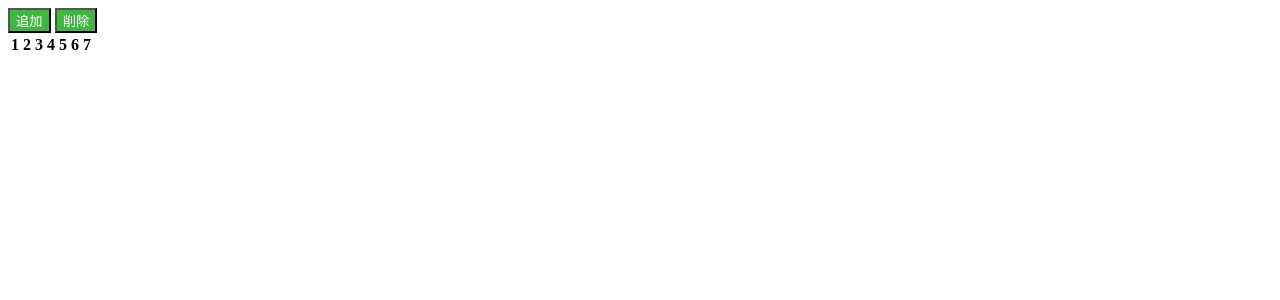
Repository: nathox/backup
Page: http://localhost/Favorite/j.jsp
An editor plug-in stored every save of this project. The page is shown before and after the next save, followed by the edit.
The browser window is 1280 px wide. The pictures show the whole page.
The page is served by Tomcat 9. Other server files are loaded and not shown.

Above is the page before, as saved 2018-02-06 02:17:41.

### Favorite/WebContent/j.jsp
<%@ page language="java" contentType="text/html; charset=UTF-8"
    pageEncoding="UTF-8"%>
<!DOCTYPE html PUBLIC "-//W3C//DTD HTML 4.01 Transitional//EN" "http://www.w3.org/TR/html4/loose.dtd">
<html>
<head>
<meta http-equiv="Content-Type" content="text/html; charset=UTF-8">
<title>Insert title here</title>
</head>
<body>


<style>
.btn{color: #ffffff; background-color: #40b740;}
</style>
<script src="http://ajax.googleapis.com/ajax/libs/jquery/1.12.4/jquery.min.js"></script>
<script>
$(function(){
  var cnt=0;
  $('#add').on('click',function(){
    $('#sample_table').append(
      $('<tr>').append(
        $('<td>').append($('<input>').attr({type:"checkbox",name:"checkbox"}).val(++cnt)).append(cnt),
        $('<td>').text('商品2'),
        $('<td>').text('商品3'),
        $('<td>').text('商品4'),
        $('<td>').text('商品5'),
        $('<td>').text('商品6'),
        $('<td>').text('商品7')
        )
      );
  });
  $('#del').on("click", function() {
    $('#sample_table tr').has('input[type=checkbox]:checked').remove();
  });
});

</script>

<button type="button" id="add" name="sampleadd" class="btn  margin-bottom">追加</button>
<button type="button" id="del" name="sampledel" class="btn  margin-bottom">削除</button>

<table class="demo" id="demo1">
<thead>
<tr>
<th>1</th>
<th>2</th>
<th>3</th>
<th>4</th>
<th>5</th>
<th>6</th>
<th>7</th>
</thead>
<tbody id="sample_table">





</table>

</body>
</html>

After the next save:
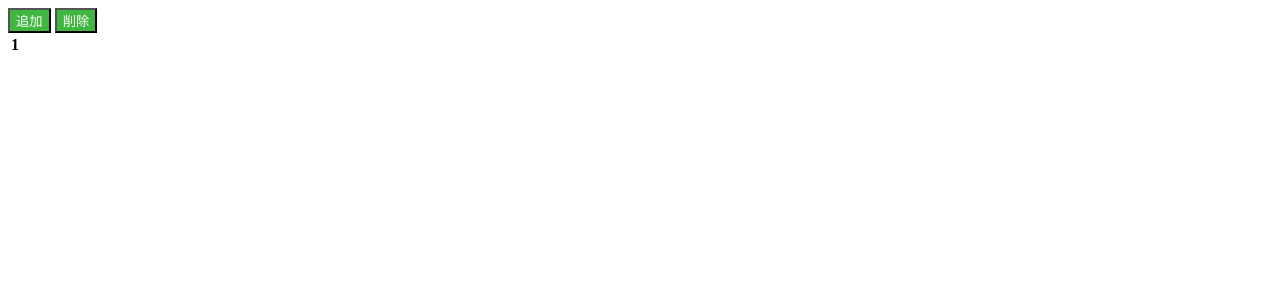
Saved 33 s later.
--- a/Favorite/WebContent/j.jsp
+++ b/Favorite/WebContent/j.jsp
@@ -43,12 +43,8 @@ $(function(){
 <thead>
 <tr>
 <th>1</th>
-<th>2</th>
-<th>3</th>
-<th>4</th>
-<th>5</th>
-<th>6</th>
-<th>7</th>
+
+
 </thead>
 <tbody id="sample_table">
 
